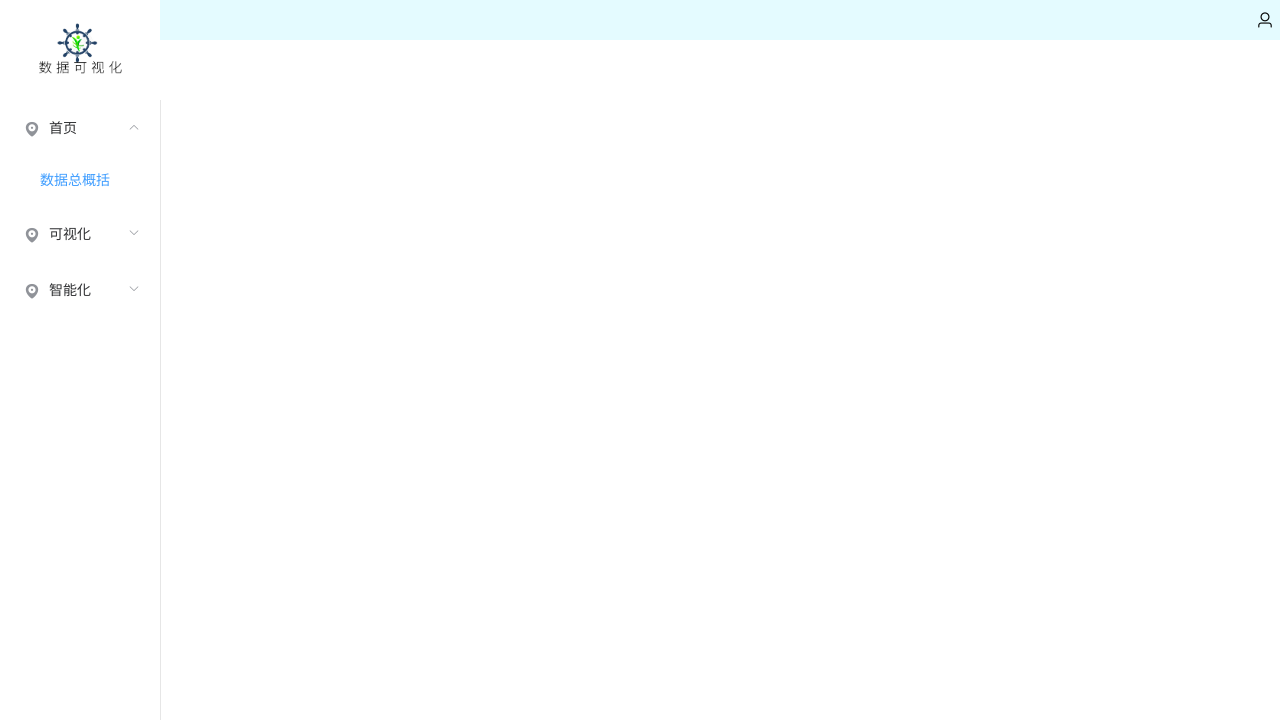
Repository: FoSuCloud/lianjia-vue
Page: /#/home/list
An editor plug-in stored every save of this project. The page is shown before and after the next save, followed by the edit.
The browser window is 1280 px wide. The pictures show the whole page.
The project was rebuilt for these pictures with package versions that can differ from the ones it lists, and the page was loaded fresh each time. Also part of the build but not shown: vue.config.js.

Above is the page before, as saved 2021-03-27 21:30:25.

After the next save:
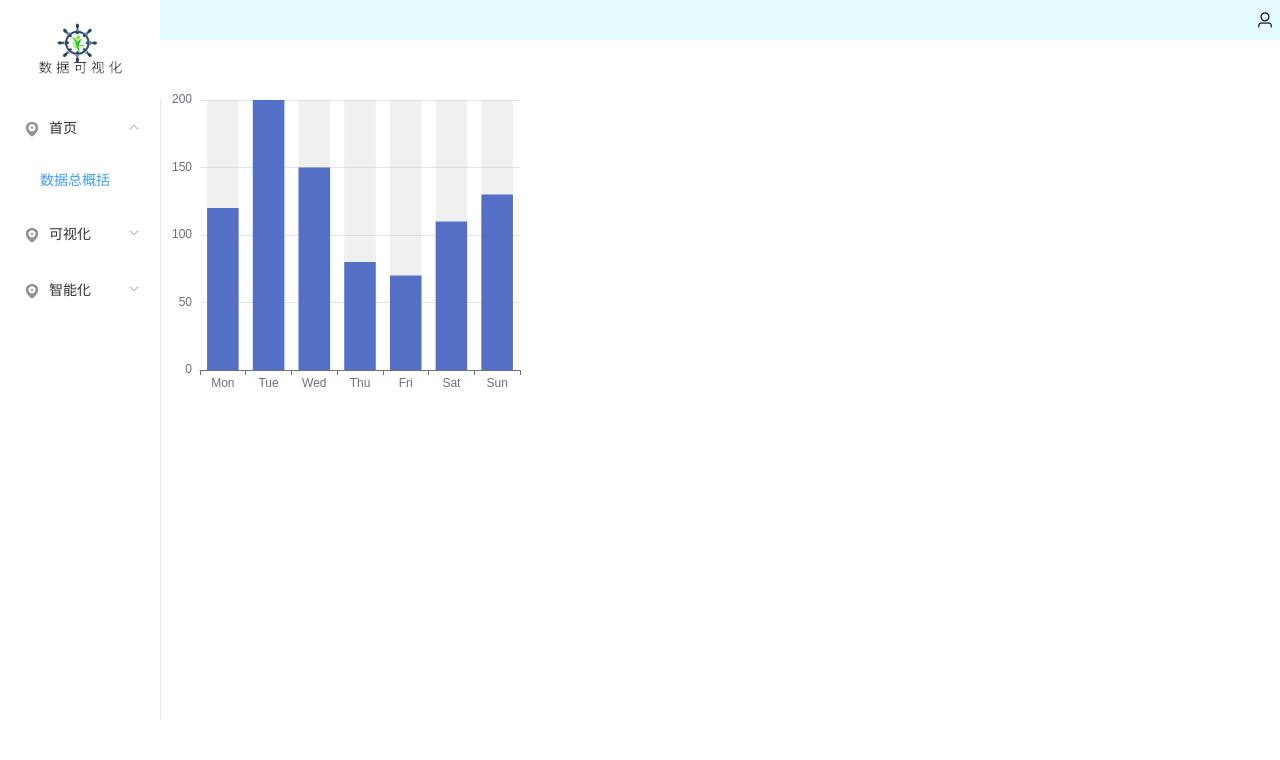
Saved 96 s later.
--- a/src/views/home/Home.vue
+++ b/src/views/home/Home.vue
@@ -1,6 +1,6 @@
 <template>
   <div class="home">
-    <div class="home-bar"></div>
+    <div id="home-bar"></div>
   </div>
 </template>
 
@@ -12,7 +12,7 @@ export default {
   },
   methods: {
     initBar() {
-      let bar = this.$echarts.init(document.getElementsByClassName("home-bar")[0]);
+      let bar = this.$echarts.init(document.getElementById('home-bar'));
       bar.setOption({
         xAxis: {
           type: "category",
@@ -37,4 +37,13 @@ export default {
 };
 </script>
 
-<style lang="scss"></style>
+<style lang="scss">
+.home{
+  height: 100%;
+  width: 100%;
+  #home-bar{
+    width: 400px;
+    height: 400px;
+  }
+}
+</style>
